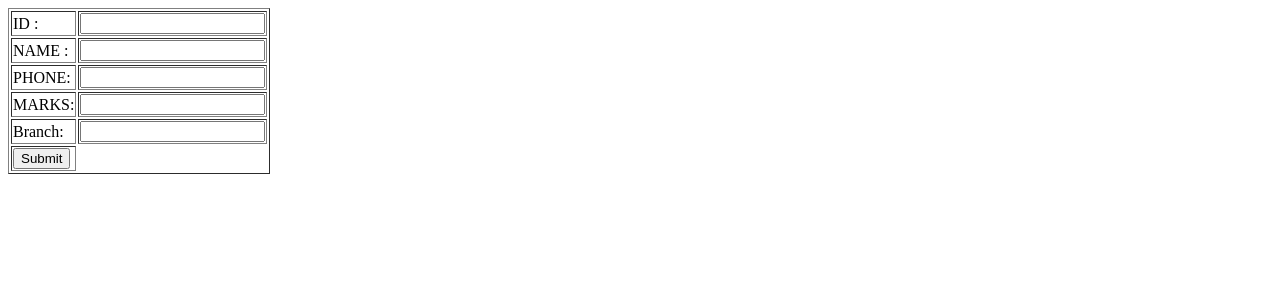
Repository: MayuriShinde124/Mayuri_20136571
Page: Question2StudentRegistrationPage/src/main/webapp/Registration.html
The author's editor kept a copy of each file at every save. The page is drawn from the files as they stood at one save, then again after the next save.
The browser window is 1280 px wide. The pictures show the whole page.

Above is the page before, as saved 2023-07-11 07:51:52.

After the next save:
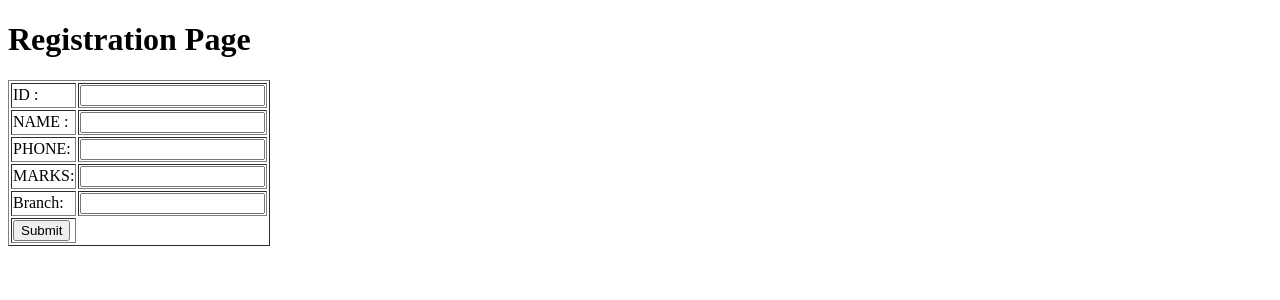
Saved 15 s later.
--- a/Question2StudentRegistrationPage/src/main/webapp/Registration.html
+++ b/Question2StudentRegistrationPage/src/main/webapp/Registration.html
@@ -6,7 +6,7 @@
 
 </head>
 <body>
-
+<h1>Registration Page</h1>
 <form action="Register">
 <table border="1"">
 <tr>
